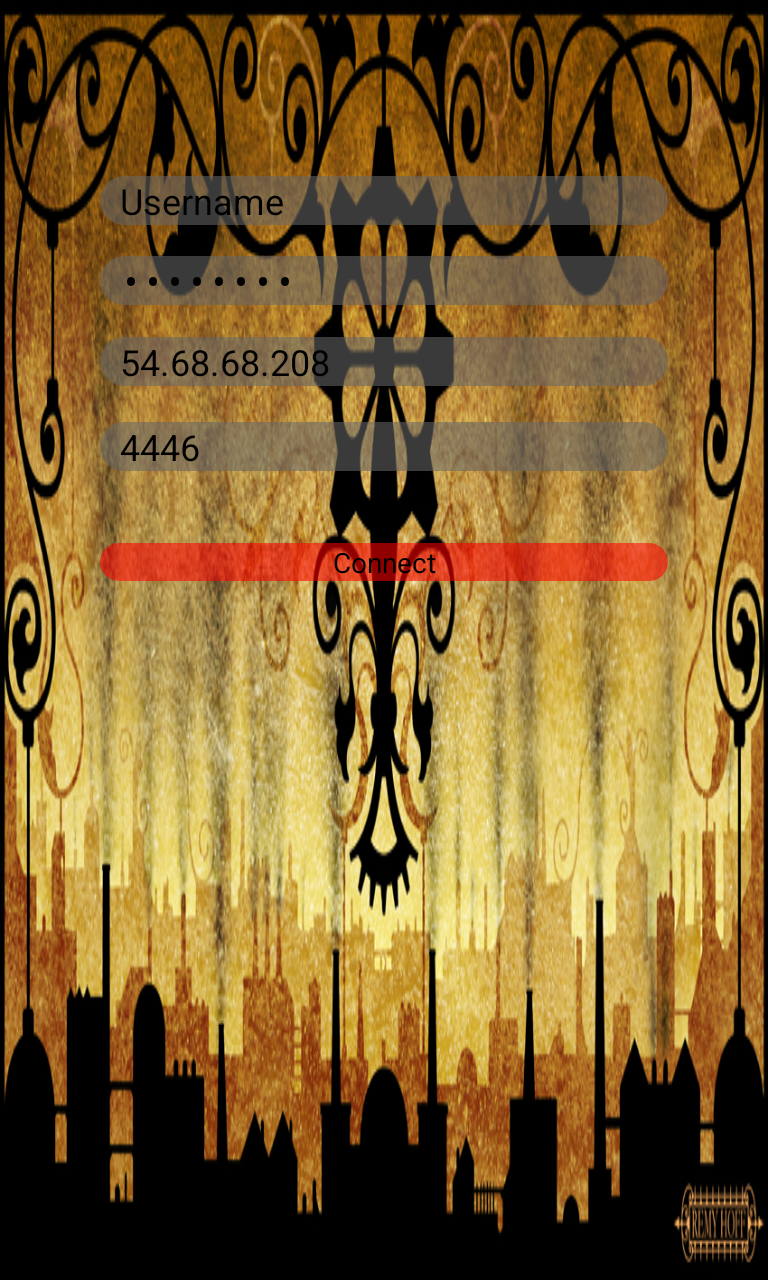
Repository: jkrepps/CSCE-482
Layout: Mobile Client (eclipse)/Industry of Deciet/res/layout/mains.xml
The author's editor kept a copy of each file at every save. The layout is drawn from the files as they stood at one save, then again after the next save.
It is drawn on a 768 x 1280 px phone screen (xhdpi) without system bars, with theme AppTheme; the app's code is not run.

Above is the layout before, as saved 2014-12-03 11:10:29.

After the next save:
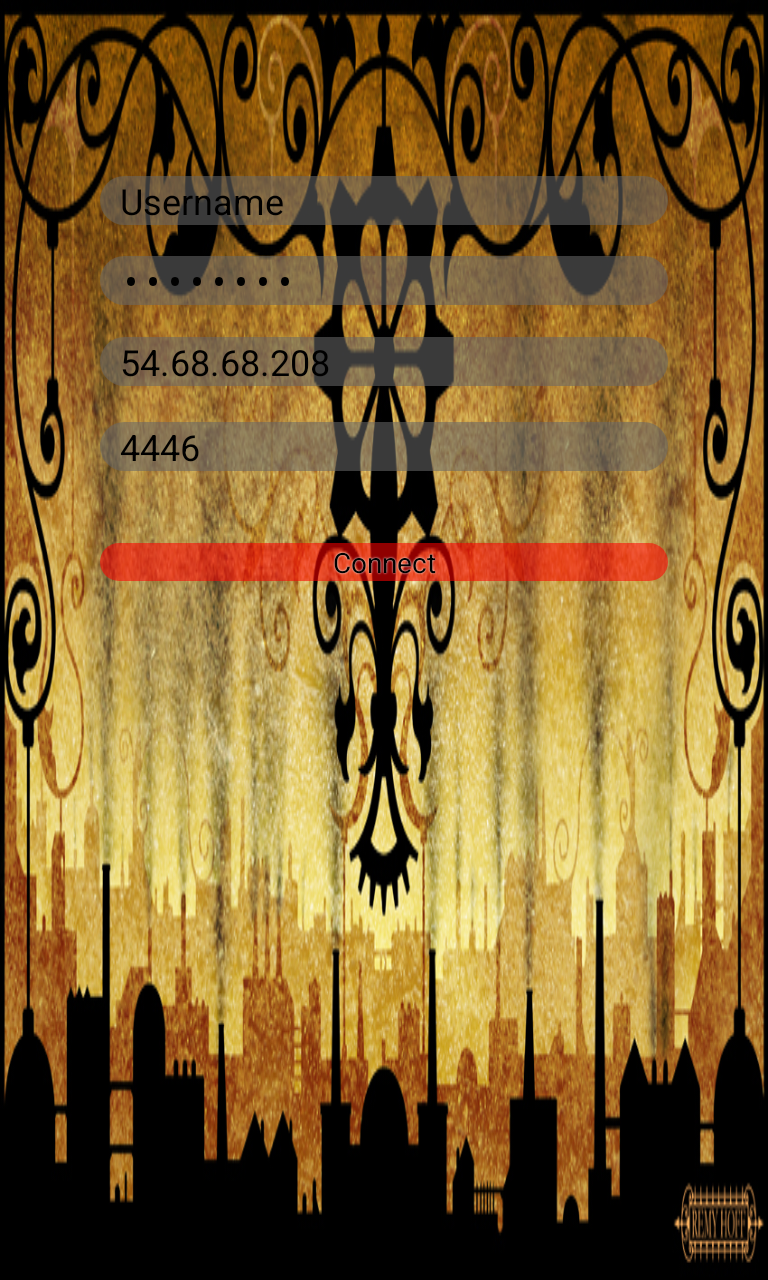
Saved 46 s later.
--- a/Mobile Client (eclipse)/Industry of Deciet/res/layout/mains.xml
+++ b/Mobile Client (eclipse)/Industry of Deciet/res/layout/mains.xml
@@ -77,9 +77,7 @@
             android:layout_below="@+id/editText4"
             android:layout_marginTop="36dp"
             android:background="@drawable/roundedbutton"
-            android:shadowColor="#FFFFF"
-            android:shadowDx="100"
-            android:shadowDy="50dp"
+            android:shadowColor="#FFFFFF"
             android:shadowRadius="1"
             android:text="@string/button_main_menu"
             android:textColor="#FF000000" />

After the save that followed:
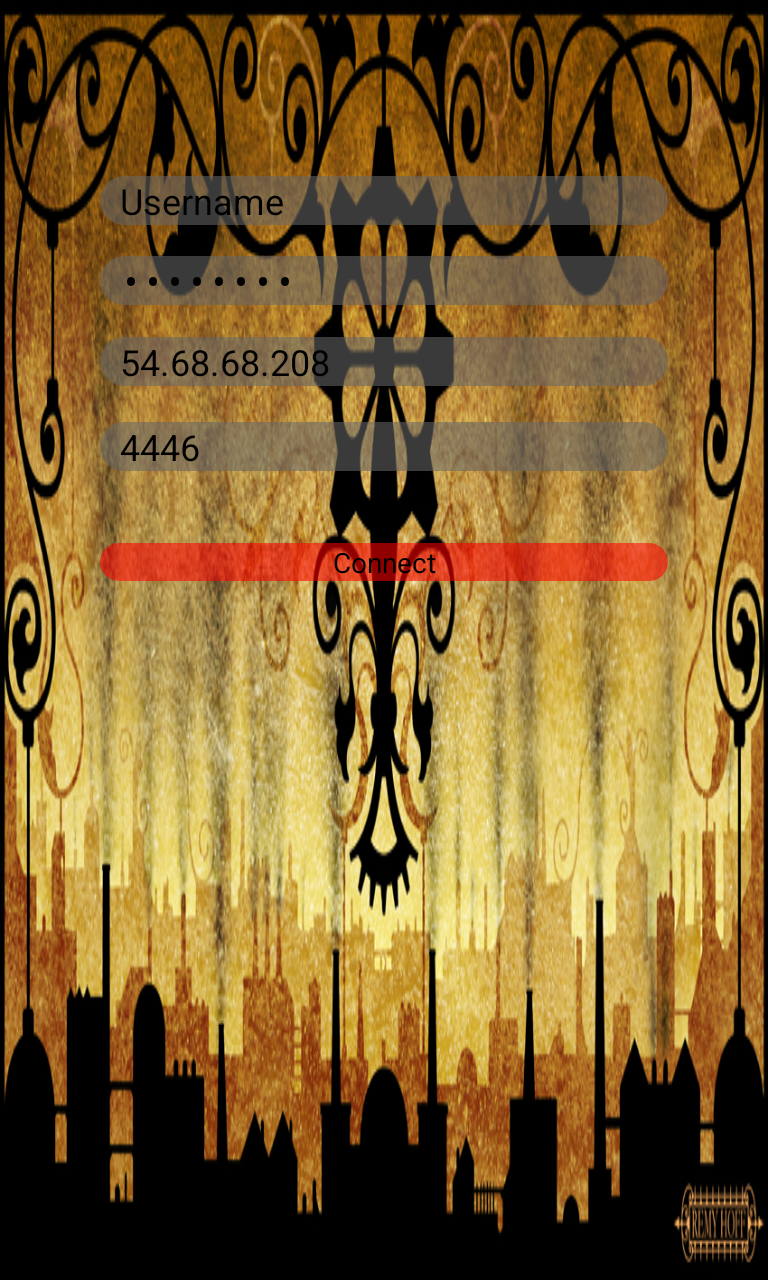
Saved 6 s later.
--- a/Mobile Client (eclipse)/Industry of Deciet/res/layout/mains.xml
+++ b/Mobile Client (eclipse)/Industry of Deciet/res/layout/mains.xml
@@ -78,7 +78,6 @@
             android:layout_marginTop="36dp"
             android:background="@drawable/roundedbutton"
             android:shadowColor="#FFFFFF"
-            android:shadowRadius="1"
             android:text="@string/button_main_menu"
             android:textColor="#FF000000" />
 
